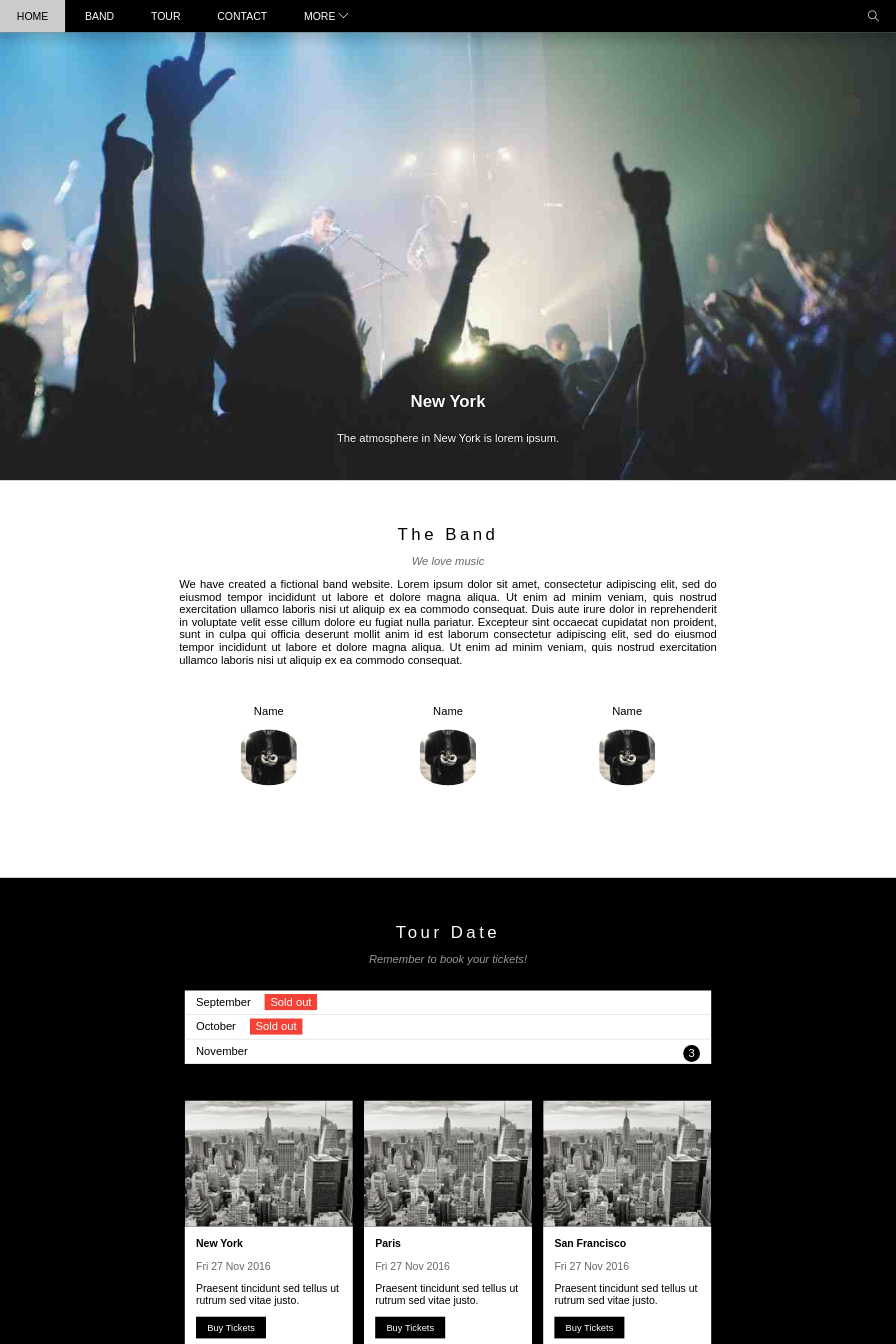
Repository: nguyen-git/W3School-Band-Website
Page: index.html
The author's editor kept a copy of each file at every save. The page is drawn from the files as they stood at one save, then again after the next save.
The browser window is 1280 px wide. The pictures show the part of the page from y = 0 to 1920 px (the page is 3397 px tall before and 2711 px after), at 70% of full size.

Above is the page before, as saved 2022-09-06 21:26:06.

After the next save:
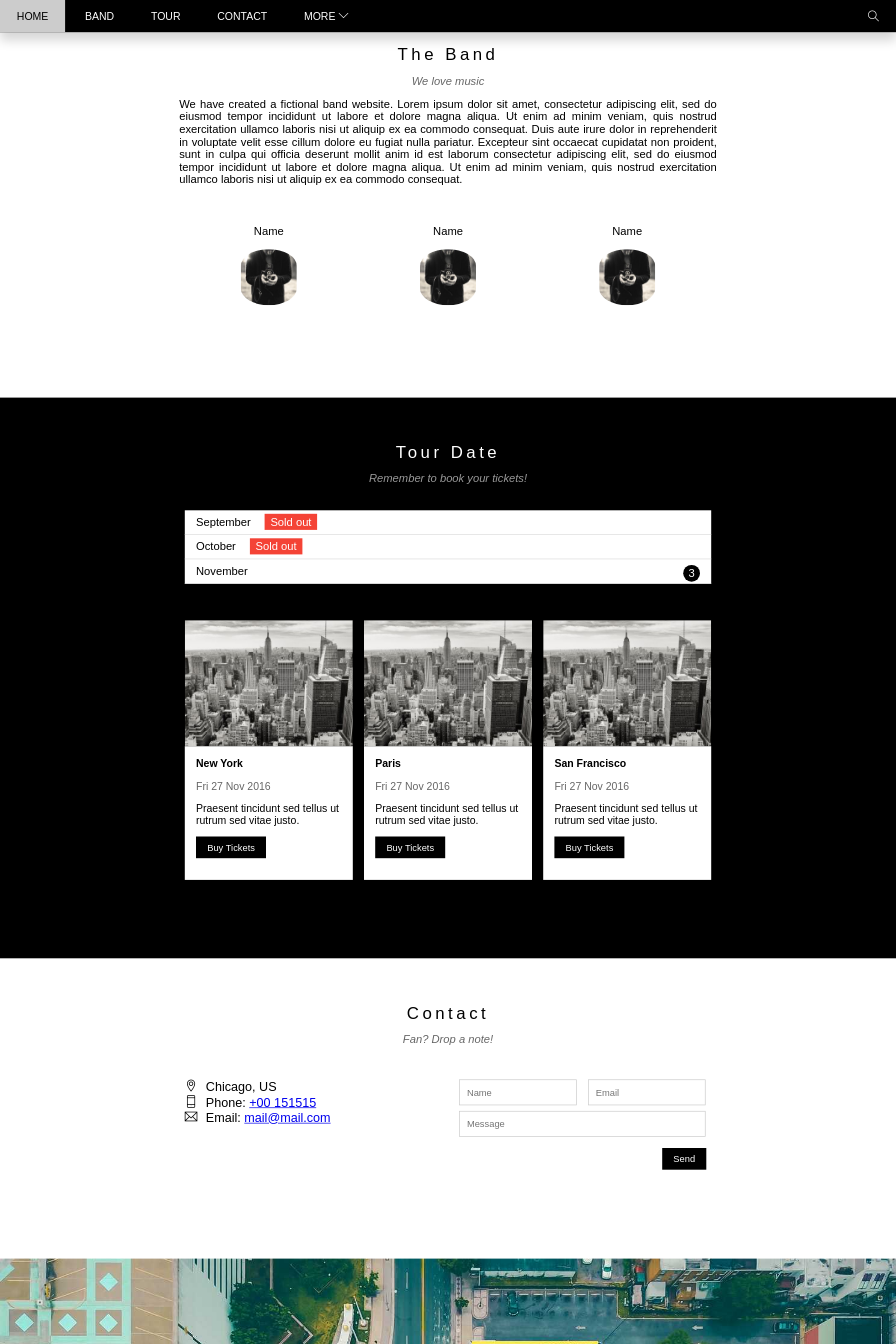
Saved 13 s later.
--- a/asset/style.css
+++ b/asset/style.css
@@ -180,7 +180,7 @@
     position: relative;
     margin-top: 46px;
     background: url(./Img/New\ york.jpg) top center/ cover no-repeat;
-    z-index: -999999;
+    display: none;
 }
 
 .text-slider {

After the 2 saves that followed:
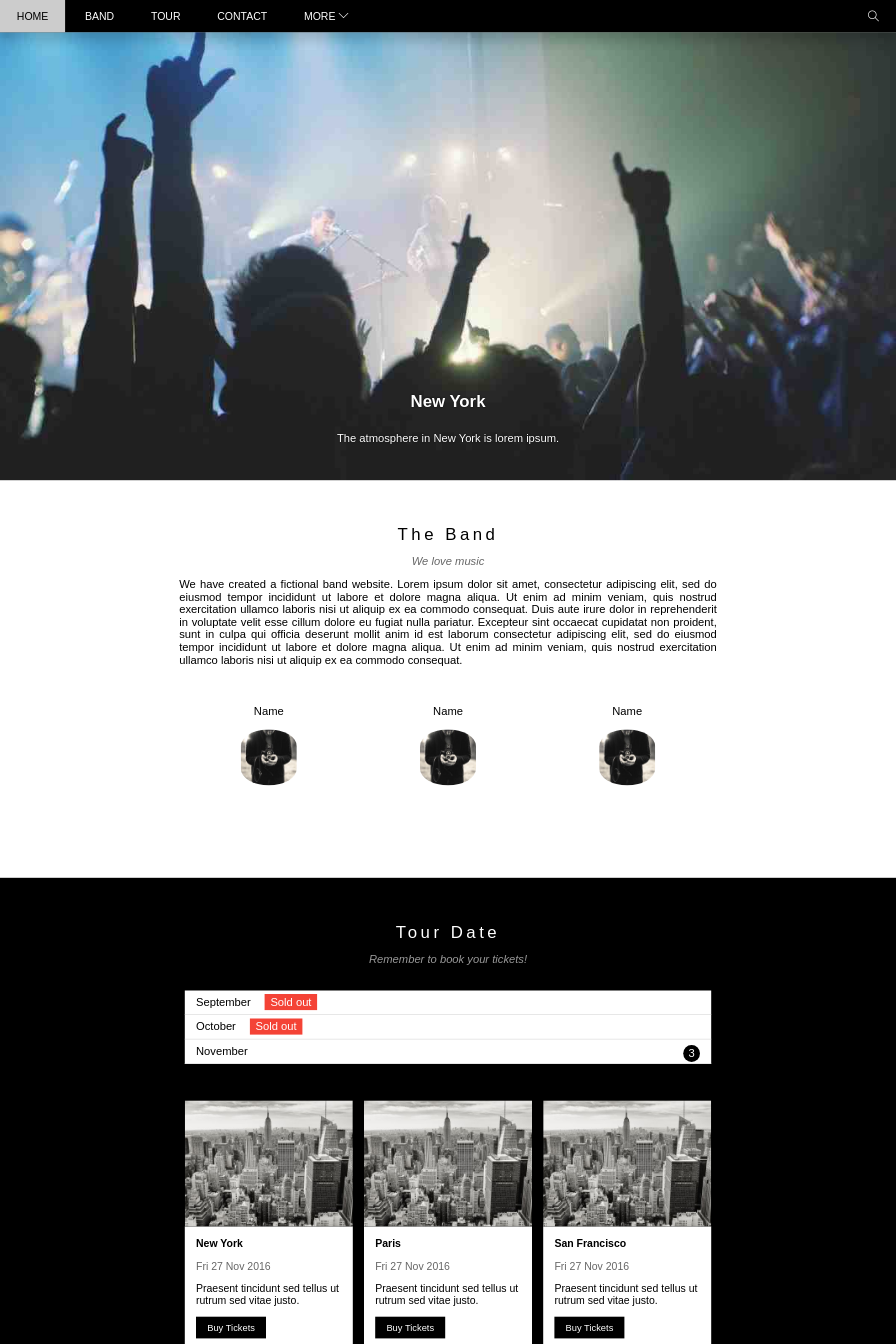
The 2 saves are shown as one change because they came seconds apart.
The last was saved 21 s later.
--- a/asset/style.css
+++ b/asset/style.css
@@ -180,7 +180,6 @@
     position: relative;
     margin-top: 46px;
     background: url(./Img/New\ york.jpg) top center/ cover no-repeat;
-    display: none;
 }
 
 .text-slider {
